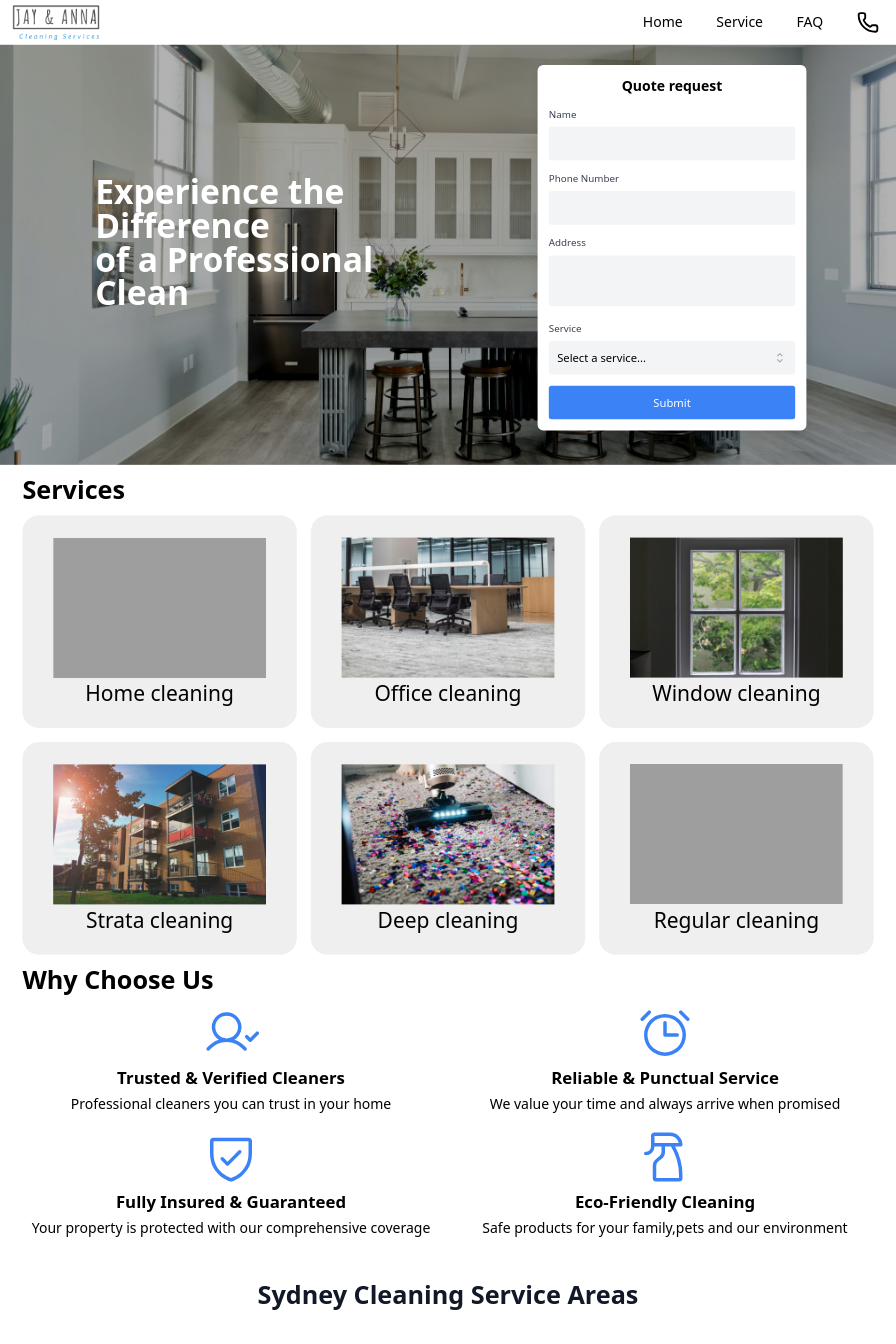
Repository: rong9835/cleaning-service
Page: /
The author's editor kept a copy of each file at every save. The page is drawn from the files as they stood at one save, then again after a run of saves.
The browser window is 1280 px wide. The pictures show the part of the page from y = 0 to 1920 px (the page is 2688 px tall), at 70% of full size.
Pictures or frames that could not be fetched are drawn as grey boxes. The project was rebuilt for these pictures with package versions that can differ from the ones it lists, and the page was loaded fresh each time. The framework's server and built-in components were replaced by stand-ins that run in the browser. Also part of the build but not shown: next.config.ts.

Above is the page before, as saved 2025-08-10 13:26:17.

After the next 2 saves:
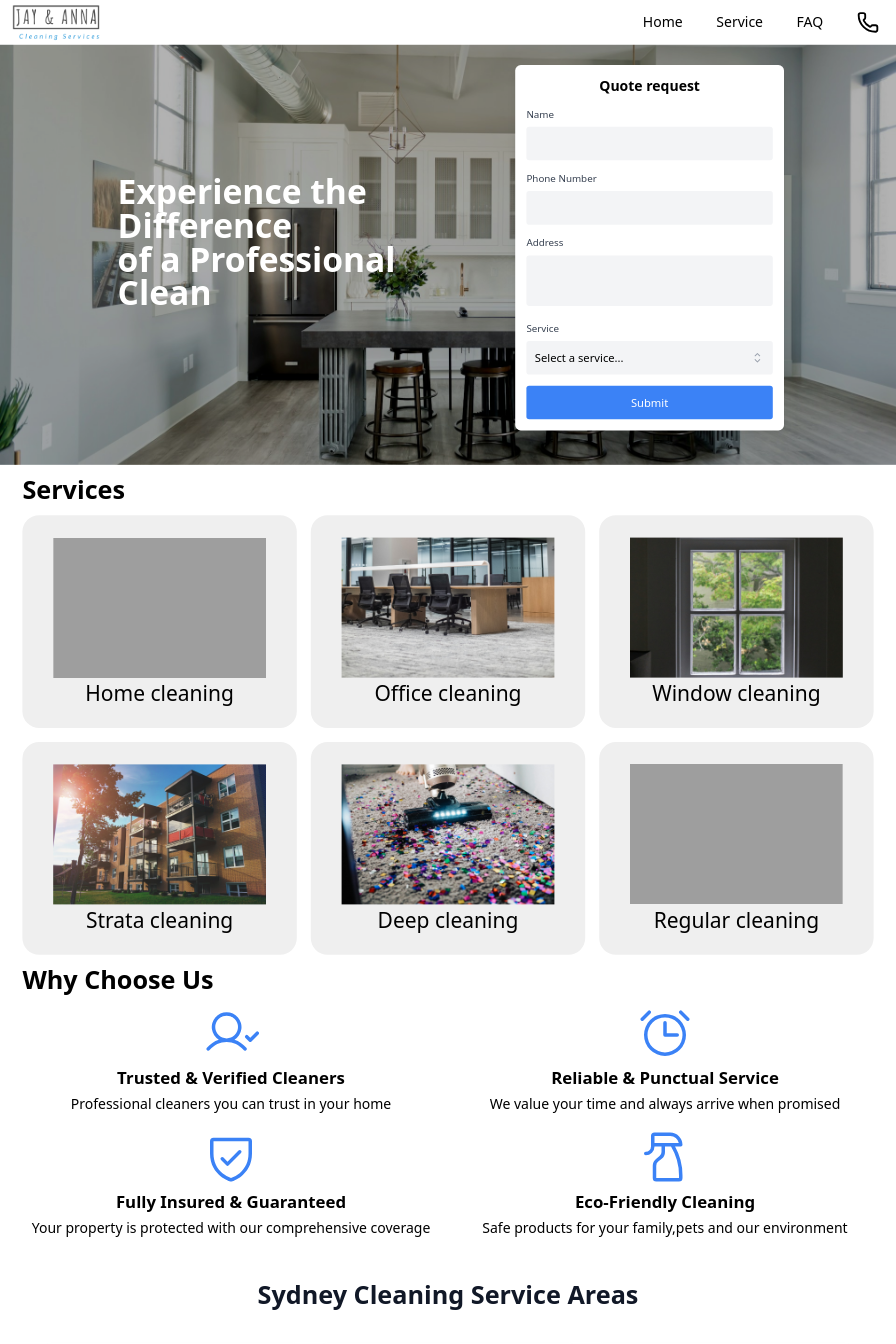
The 2 saves are shown as one change because they came seconds apart.
The last was saved 53 s later.
--- a/src/components/home/GetQuoteSection.tsx
+++ b/src/components/home/GetQuoteSection.tsx
@@ -14,7 +14,7 @@ export default function GetQuoteSection() {
           quality={90}
         />
         <div className="absolute inset-0 bg-black/30"></div>
-        <div className="absolute inset-0 flex flex-col lg:flex-row items-center justify-center lg:justify-between px-4 lg:px-24 xl:px-32 p-5 lg:pt-0">
+        <div className="absolute inset-0 flex flex-col lg:flex-row items-center justify-center lg:justify-center lg:gap-16 px-4 lg:px-24 xl:px-32 p-5 lg:pt-0">
           <div className="text-white max-w-lg mb-8 lg:mb-0 text-center lg:text-left px-2">
             <h1 className="text-2xl sm:text-3xl lg:text-4xl xl:text-5xl font-bold mb-4 leading-tight">
               Experience the Difference
